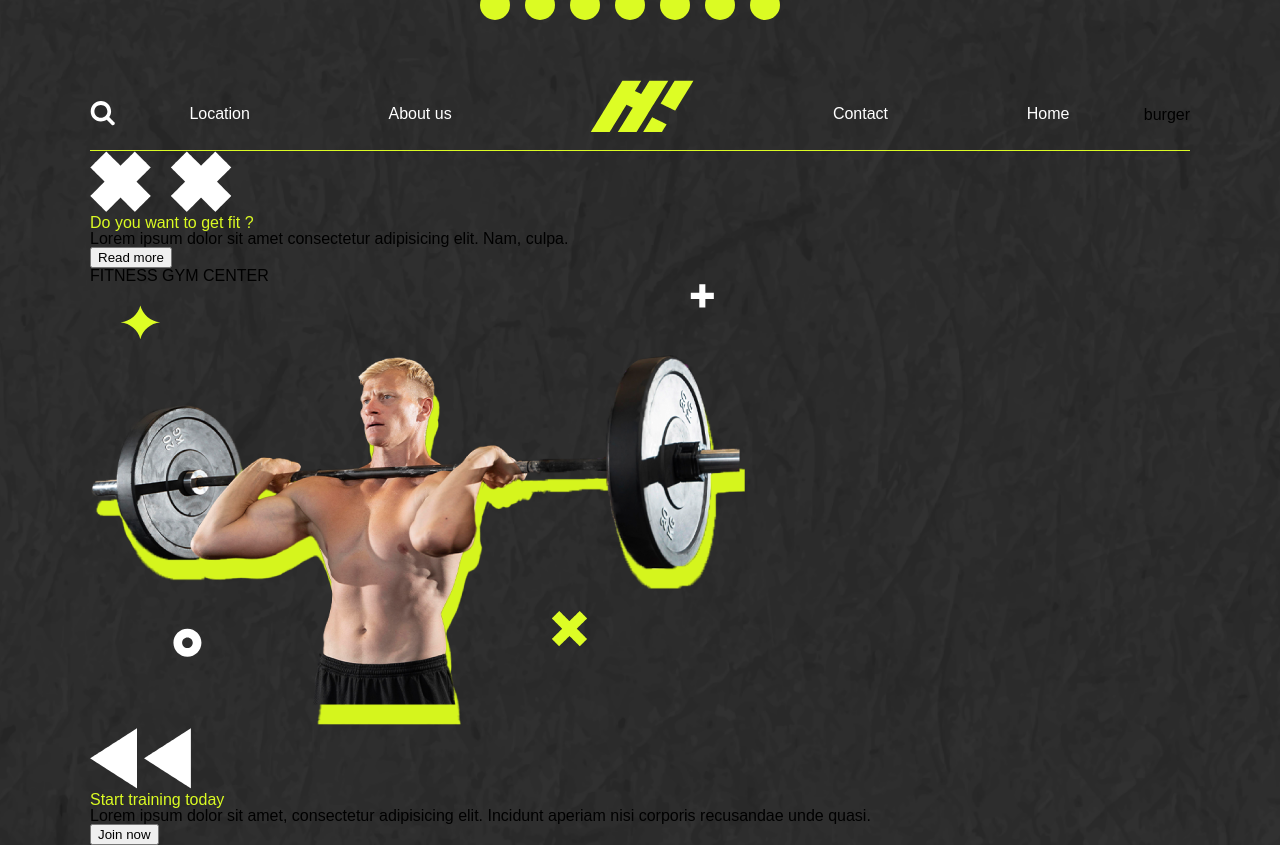
Repository: sem1103/fitness-test
Page: index.html
These files come from the project's save history. The page is drawn as it stood at one moment and after the next save; the edit follows.
The browser window is 1280 px wide. The pictures show the whole page.

Above is the page before, as saved 2023-11-03 18:40:25.

### index.html
<!DOCTYPE html>
<html lang="en">
<head>
    <meta charset="UTF-8">
    <meta name="viewport" content="width=device-width, initial-scale=1.0">
    <title>Fitness</title>
    <link rel="stylesheet" href="style/reset.css"/>
    <link rel="stylesheet" href="style/main.css"/>
</head>
<body>
    <div id="circles">
        <ul>
            <li></li>
            <li></li>
            <li></li>
            <li></li>
            <li></li>
            <li></li>
            <li></li>
        </ul>
    </div>
    <header class="container">
        <div id="search">
            <svg version="1.2" xmlns="http://www.w3.org/2000/svg" viewBox="0 0 25 25" width="25" height="25"><style>.a{fill:#fff}</style><path fill-rule="evenodd" class="a" d="m23 24.2c-0.5 0-1 0-1.4-0.5-4.9-4.9-4.9-4.9-4.9-4.9-1.9 1.2-3.7 1.6-5.8 1.6-5.6 0-10.2-4.4-10.2-10 0-5.8 4.6-10.3 10.2-10.3 5.6 0 10.2 4.5 10.2 10.3 0 1.9-0.7 4-1.9 5.6 4.9 5.1 4.9 5.1 4.9 5.1 0.5 0.3 0.7 0.7 0.7 1.2 0 1.2-0.9 1.9-1.8 1.9zm-12.1-20.3c-3.7 0-6.5 2.8-6.5 6.5 0 3.5 2.8 6.3 6.5 6.3 3.5 0 6.5-2.8 6.5-6.3 0-3.7-3-6.5-6.5-6.5z"/></svg>
        </div>
        <nav>
            <ul>
                <li><a href="">Location</a></li>
                <li><a href="">About us</a></li>
                <li><a href=""><img src="./img/logo.png" alt="Logo"></a></li>
                <li><a href="">Contact</a></li>
                <li><a href="">Home</a></li>
            </ul>
        </nav>
        <div id="burger__menu">burger</div>
    </header>
    <main>

        <div id="intro" class="container">
            <div class="side__section">
                <div class="img">
                    <img src="img/section-one.png" alt="">
                </div>
                <h2>Do you want
                    to get fit ?</h2>
                <p>Lorem ipsum dolor sit amet consectetur adipisicing elit. Nam, culpa.</p>
                <button>Read more</button>
            </div>
            <div class="main__section">
                <h1>FITNESS GYM
                    CENTER</h1>
                <img src="img/section-two.png" alt="">
            </div>
            <div class="side__section">
                <div class="img">
                    <img src="img/section-three.png" alt="">
                </div>
                <h2>Start training
                    today</h2>
                <p>Lorem ipsum dolor sit amet, consectetur adipisicing elit. Incidunt aperiam nisi corporis recusandae unde quasi.</p>
                <button>Join now</button>
            </div>
        </div>


    </main>
</body>
</html>

### style/reset.css
html, body, div, span, applet, object, iframe,
h1, h2, h3, h4, h5, h6, p, blockquote, pre,
a, abbr, acronym, address, big, cite, code,
del, dfn, em, img, ins, kbd, q, s, samp,
small, strike, strong, sub, sup, tt, var,
b, u, i, center,
dl, dt, dd, ol, ul, li,
fieldset, form, label, legend,
table, caption, tbody, tfoot, thead, tr, th, td,
article, aside, canvas, details, embed,
figure, figcaption, footer, header, hgroup,
menu, nav, output, ruby, section, summary,
time, mark, audio, video {
	margin: 0;
	padding: 0;
	border: 0;
	font-size: 100%;
	font: inherit;
	vertical-align: baseline;
}
/* HTML5 display-role reset for older browsers */
article, aside, details, figcaption, figure,
footer, header, hgroup, menu, nav, section {
	display: block;
}
body {
	line-height: 1;
	font-family: Arial, Helvetica, sans-serif;
}
ol, ul {
	list-style: none;
}
blockquote, q {
	quotes: none;
}
blockquote:before, blockquote:after,
q:before, q:after {
	content: '';
	content: none;
}
table {
	border-collapse: collapse;
	border-spacing: 0;
}
a{
	text-decoration: none;
}

### style/main.css
.container {
    max-width: 1100px;
    margin: auto;
}

body {
    background: url(./../img/background.png) center/cover;
    min-height: 100vh;
}

#circles ul {
    display: flex;
    flex-direction: row;
    width: 100%;
    justify-content: center;
    gap: 15px;
    margin: -10px;
}

#circles li {
    padding: 15px;
    border-radius: 50%;
    background-color: #dbfb23;
}

header {
    padding: 70px 0 0 0;
    border-bottom: 1px solid #dbfb23;
}

header,
nav ul {
    display: flex;
    flex-direction: row;
    justify-content: space-between;
    align-items: center;
}

nav {
    flex-basis: 80%;
}

nav ul {
    align-items: stretch;
}

nav li {
    display: flex;
    align-items: center;
    transition: all .3s ease-in-out;
    border-bottom: 2px solid transparent;
}
nav li:nth-child(3){
    margin: 0 0 15px 0;
    border: 0;
}
nav a {
    color: #fff;
}

nav li:hover {
    color: #dbfb23;
    transition: all .3s ease-in-out;
    border-color: #fff;
}
h2{
    color: #dbfb23;
}

After the next save:
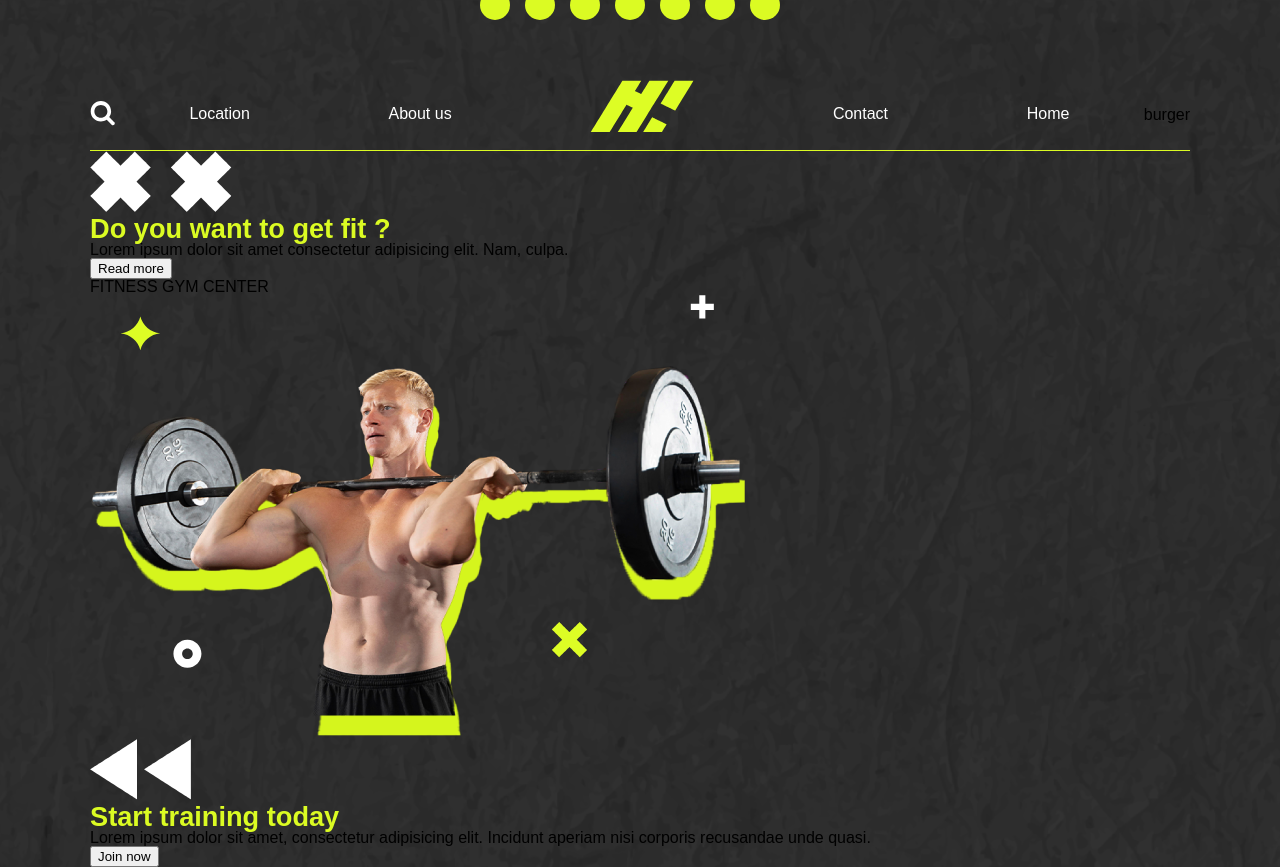
Saved 22 s later.
--- a/style/main.css
+++ b/style/main.css
@@ -65,4 +65,6 @@
 }
 h2{
     color: #dbfb23;
+    font-size: 1.7rem;
+    font-weight: 600;
 }
